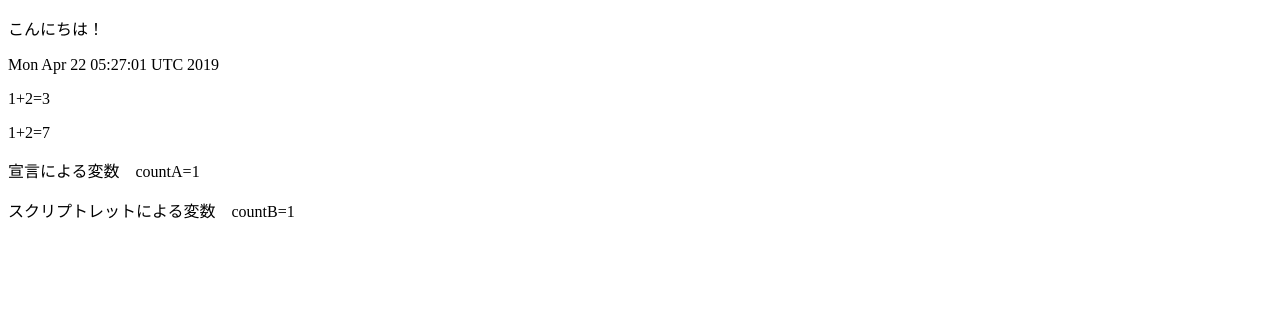
Repository: naoshima1109/test
Page: http://localhost/HelloJSP/
The author's editor kept a copy of each file at every save. The page is drawn from the files as they stood at one save, then again after the next save.
The browser window is 1280 px wide. The pictures show the whole page.
The page is served by Tomcat 9.

Above is the page before, as saved 2019-04-24 04:31:32.

### HelloJSP/WebContent/index.jsp
<%@ page language="java" contentType="text/html; charset=UTF-8"
    pageEncoding="UTF-8"%>
<!DOCTYPE html PUBLIC "-//W3C//DTD HTML 4.01 Transitional//EN" "http://www.w3.org/TR/html4/loose.dtd">
<html>
<head>
<meta http-equiv="Content-Type" content="text/html; charset=UTF-8">
<title>TEST</title>
</head>
<body>
<p>こんにちは！</p>
<% out.println(new java.util.Date()); %>

<%!
static int add(int a,int b){
	return a+b;
}
%>

<p>1+2=<%=add(1,2) %></p>
<p>1+2=<%=add(3,4) %></p>

<%! static int countA=0; %>
<%

int countB=0;
countA++;
countB++;

%>
<p>宣言による変数　countA=<%=countB %></p>
<p>スクリプトレットによる変数　countB=<%=countB %></p>
</body>
</html>

After the next save:
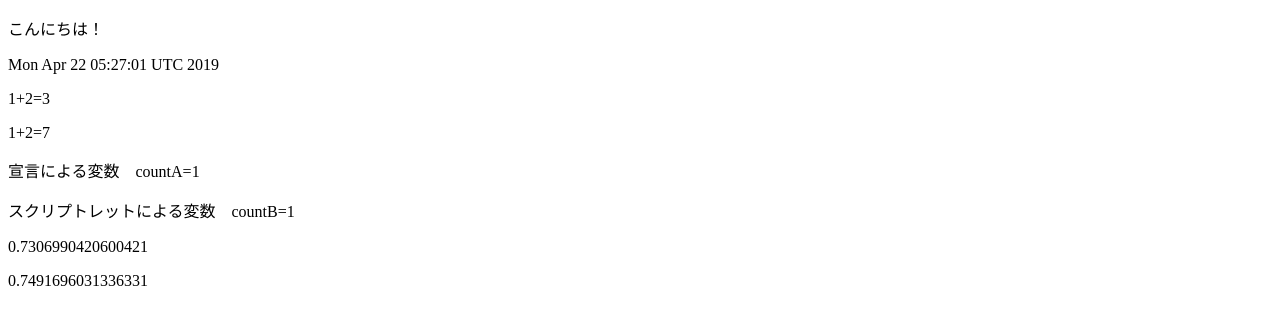
Saved 4 min 31 s later.
--- a/HelloJSP/WebContent/index.jsp
+++ b/HelloJSP/WebContent/index.jsp
@@ -29,5 +29,7 @@ countB++;
 %>
 <p>宣言による変数　countA=<%=countB %></p>
 <p>スクリプトレットによる変数　countB=<%=countB %></p>
+<p><% out.println(Math.random()); %></p>
+<p><%=Math.random() %></p>
 </body>
 </html>
